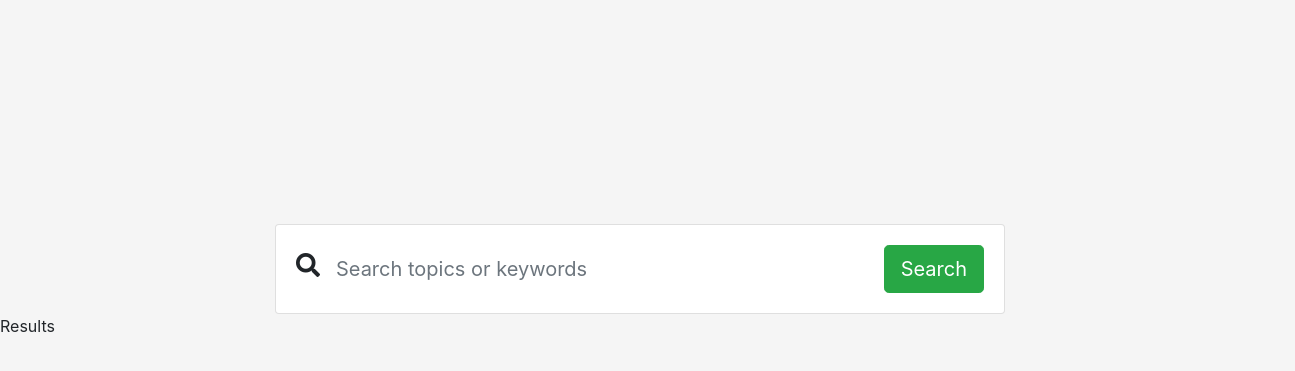
Repository: roistyx/ask-ChatGBT-travel-recommendations
Page: Backend/src/views/search.html
These files come from the project's save history. The page is drawn as it stood at one moment and after the next save; the edit follows.
The browser window is 1280 px wide. The page is 1280 px wide, then 1295 px, so the pictures cover 1295 px, including what lies to the right of the window. The pictures show the whole page.
Some web libraries are served in a nearby version.

Above is the page before, as saved 2023-03-20 12:24:45.
Console error: TypeError: Cannot read properties of undefined (reading 'fn')

### Backend/src/views/search.html
<!DOCTYPE html>
<html>
<head>
<link href="//maxcdn.bootstrapcdn.com/bootstrap/4.1.1/css/bootstrap.min.css" rel="stylesheet" id="bootstrap-css">
<script src="//maxcdn.bootstrapcdn.com/bootstrap/4.1.1/js/bootstrap.min.js"></script>
<script src="//cdnjs.cloudflare.com/ajax/libs/jquery/3.2.1/jquery.min.js"></script>
<link rel="stylesheet" href="https://use.fontawesome.com/releases/v5.1.0/css/all.css"
    integrity="sha384-lKuwvrZot6UHsBSfcMvOkWwlCMgc0TaWr+30HWe3a4ltaBwTZhyTEggF5tJv8tbt" crossorigin="anonymous">

  <link rel="stylesheet" href="search.css">

</head>
<body>

    <div class="container">
        <br />
        <div class="row justify-content-center">
            <div class="col-12 col-md-10 col-lg-8">
                <form class="card card-sm">
                    <div class="card-body row no-gutters align-items-center">
                        <div class="col-auto">
                            <i class="fas fa-search h4 text-body"></i>
                        </div>
                        <!--end of col-->
                        <div class="col">
                            <input class="form-control form-control-lg form-control-borderless" type="search"
                                placeholder="Search topics or keywords">
                        </div>
                        <!--end of col-->
                        <div class="col-auto">
                            <button class="btn btn-lg btn-success" type="submit">Search</button>
                        </div>
                        <!--end of col-->
                        <link rel="stylesheet" href="https://use.fontawesome.com/releases/v5.1.0/css/all.css"
                            integrity="sha384-lKuwvrZot6UHsBSfcMvOkWwlCMgc0TaWr+30HWe3a4ltaBwTZhyTEggF5tJv8tbt"
                            crossorigin="anonymous">
                    </div>
                </form>
            </div>

        </div>
    </div>
    <div class="container row justify-content-start">Results</div>

</body>
</html>

### Backend/src/views/search.css
* {
	margin: 0;
	padding: 0;
}

body {
	background-color: #f5f5f5;
	padding-top: 200px;
}

.form-control-borderless {
	border: none;
}

.form-control-borderless:hover,
.form-control-borderless:active,
.form-control-borderless:focus {
	border: none;
	outline: none;
	box-shadow: none;
}

After the next save:
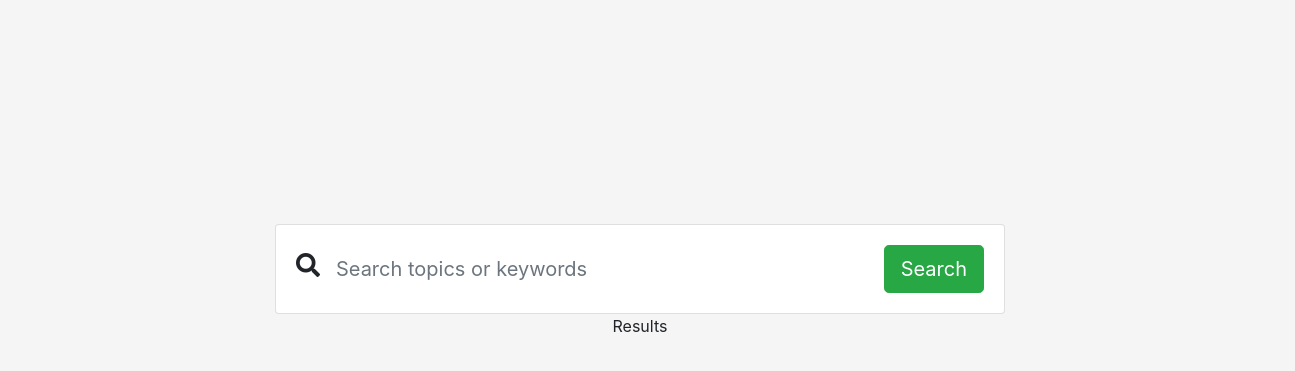
Saved 9 s later.
--- a/Backend/src/views/search.html
+++ b/Backend/src/views/search.html
@@ -40,7 +40,7 @@
 
         </div>
     </div>
-    <div class="container row justify-content-start">Results</div>
+    <div class="row justify-content-center">Results</div>
 
 </body>
 </html>
